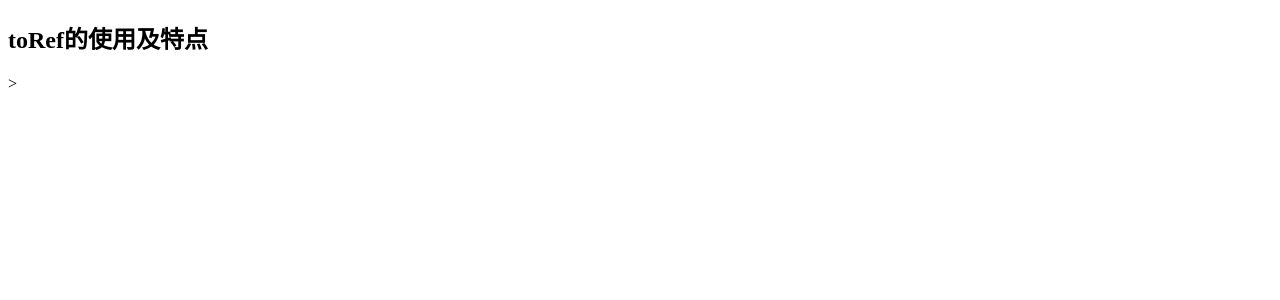
Repository: zhuhongxiang/Vue3.0-TSLeaning
Page: / (app in 04_Vue3/vue3_learning/)
An editor plug-in stored every save of this project. The page is shown before and after the next save, followed by the edit.
The browser window is 1280 px wide. The pictures show the whole page.
The project was rebuilt for these pictures with package versions that can differ from the ones it lists, and the page was loaded fresh each time.

Above is the page before, as saved 2021-07-27 11:16:20.

After the next save:
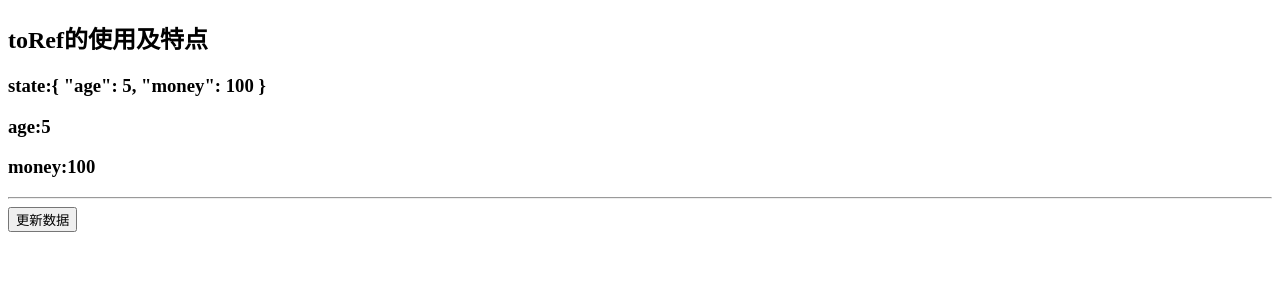
Saved 2 min 10 s later.
--- a/04_Vue3/vue3_learning/src/App.vue
+++ b/04_Vue3/vue3_learning/src/App.vue
@@ -1,6 +1,10 @@
 <template>
   <h2>toRef的使用及特点</h2>
-  >
+  <h3>state:{{ state }}</h3>
+  <h3>age:{{ age }}</h3>
+  <h3>money:{{ money }}</h3>
+  <hr />
+  <button @click="update">更新数据</button>
 </template>
 
 <script lang='ts'>
@@ -18,6 +22,8 @@ export default defineComponent({
     const age = toRef(state, "age");
     // 把响应式对象中的某个属性使用ref进行包装，变成了一个ref对象
     const money = ref(state.money);
+    console.log(age);
+    console.log(money);
     const update = () => {
       console.log("好好");
     };
